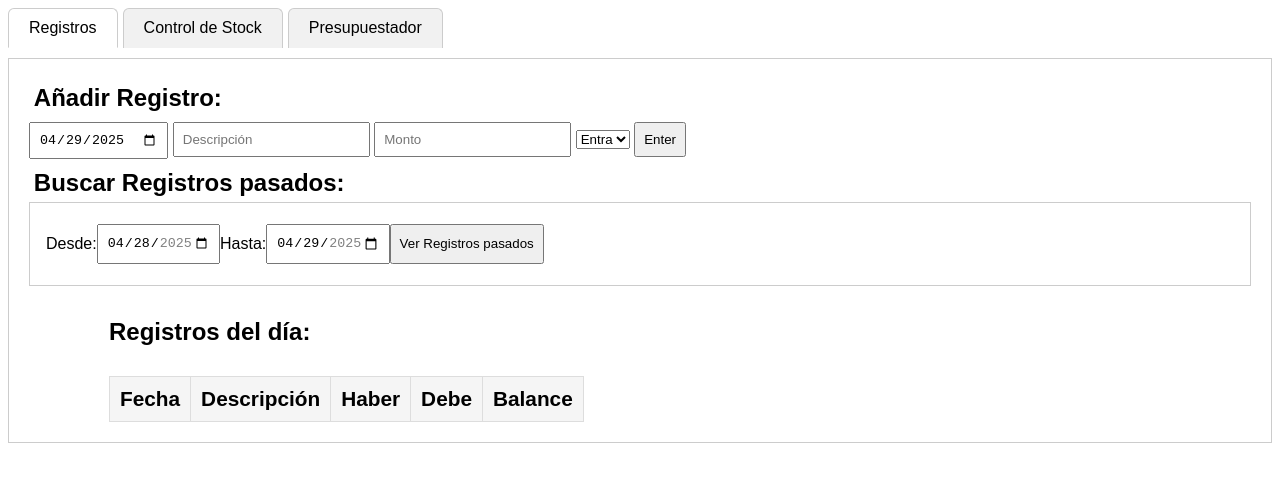
Repository: Joako-Herrero/Proyecto-de-Feria-de-ciencias
Page: program/registro.html
These files come from the project's save history. The page is drawn as it stood at one moment and after the next save; the edit follows.
The browser window is 1280 px wide. The pictures show the whole page.
The page's requests for data from a server got no answer.

Above is the page before, as saved 2025-05-28 16:39:27.

After the next save:
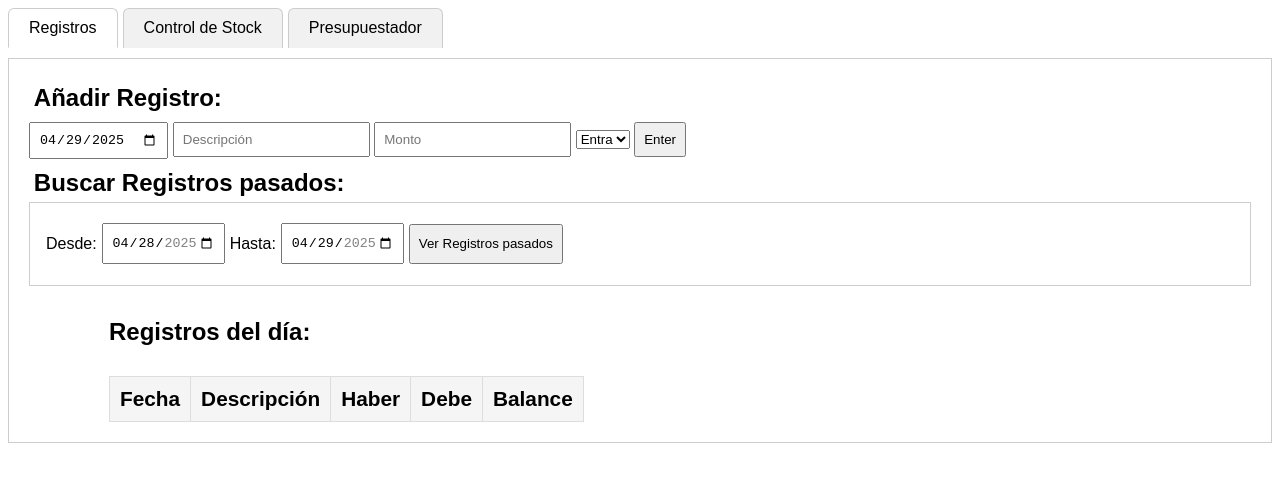
Saved 33 s later.
--- a/program/registro.html
+++ b/program/registro.html
@@ -66,6 +66,10 @@
             padding: 1rem;
             border: #ccc solid 1px;
             display: flex;
+        }
+
+        #formFiltrarFechas input{
+            margin: .3rem;
         }
 
 
